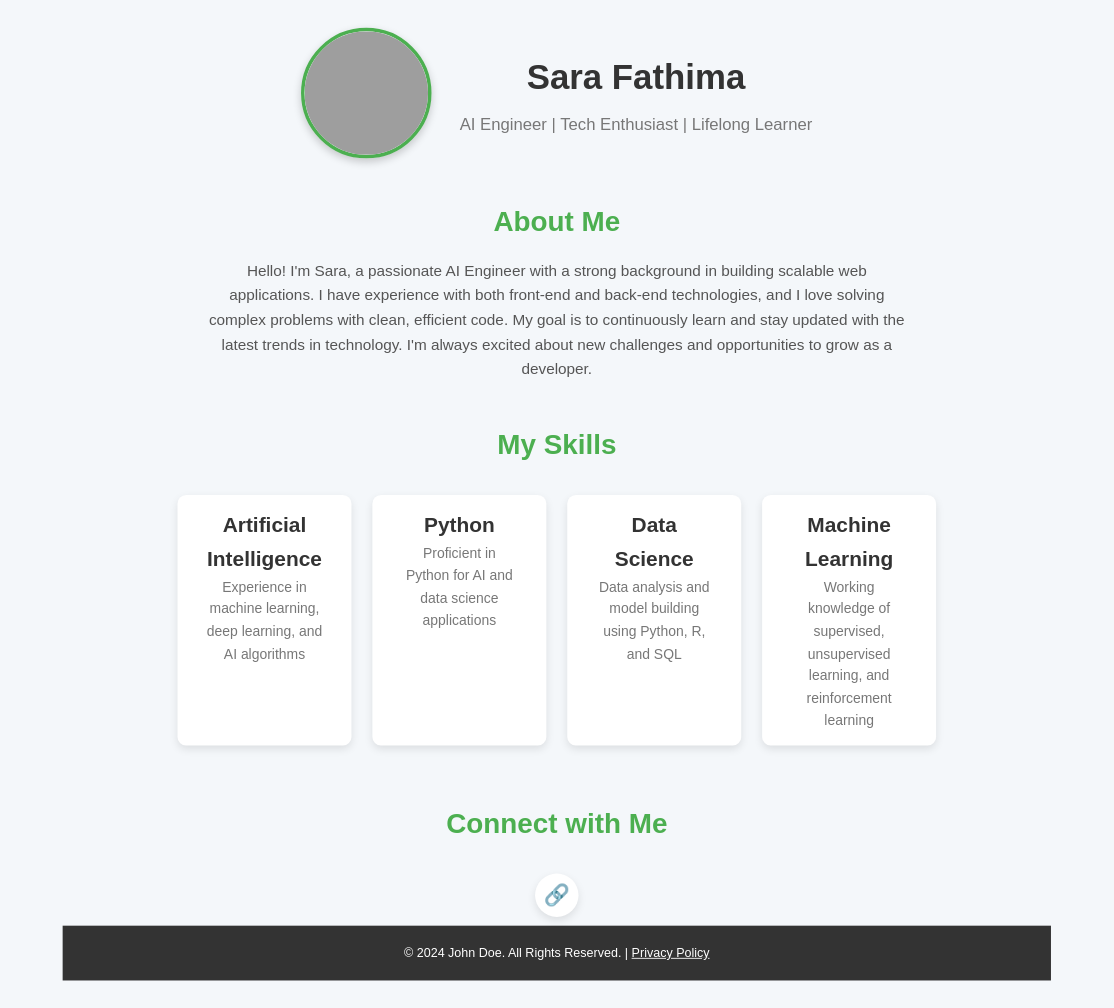
Repository: Syed1818/project
Page: profile.html
These files come from the project's save history. The page is drawn as it stood at one moment and after the next save; the edit follows.
The browser window is 1280 px wide. The pictures show the whole page, at 87% of full size.
Pictures or frames that could not be fetched are drawn as grey boxes.

Above is the page before, as saved 2024-12-02 21:17:26.

### profile.html
<!DOCTYPE html>
<html lang="en">
<head>
    <meta charset="UTF-8">
    <meta name="viewport" content="width=device-width, initial-scale=1.0">
    <title>Your Profile</title>
    <style>
        /* Reset and Basic Styles */
        * {
            margin: 0;
            padding: 0;
            box-sizing: border-box;
        }

        body {
            font-family: 'Arial', sans-serif;
            background-color: #f4f7fa;
            color: #333;
            line-height: 1.6;
        }

        /* Profile Section */
        .profile-container {
            max-width: 1200px;
            margin: 0 auto;
            padding: 2rem;
        }

        .profile-header {
            display: flex;
            justify-content: center;
            align-items: center;
            text-align: center;
            margin-bottom: 3rem;
        }

        .profile-header img {
            width: 150px;
            height: 150px;
            border-radius: 50%;
            border: 4px solid #4CAF50;
            margin-right: 2rem;
            box-shadow: 0 4px 10px rgba(0, 0, 0, 0.2);
        }

        .profile-header h1 {
            font-size: 2.5rem;
            color: #333;
            margin-bottom: 0.5rem;
        }

        .profile-header p {
            font-size: 1.2rem;
            color: #777;
        }

        /* About Section */
        .about-section {
            text-align: center;
            margin-bottom: 3rem;
        }

        .about-section h2 {
            font-size: 2rem;
            color: #4CAF50;
            margin-bottom: 1rem;
        }

        .about-section p {
            font-size: 1.1rem;
            color: #555;
            max-width: 800px;
            margin: 0 auto;
        }

        /* Skills Section */
        .skills-section {
            margin-bottom: 4rem;
        }

        .skills-section h2 {
            font-size: 2rem;
            color: #4CAF50;
            text-align: center;
            margin-bottom: 2rem;
        }

        .skills-list {
            display: flex;
            justify-content: center;
            flex-wrap: wrap;
            gap: 1.5rem;
        }

        .skill {
            background-color: #fff;
            border-radius: 10px;
            padding: 1rem 2rem;
            box-shadow: 0 4px 10px rgba(0, 0, 0, 0.1);
            transition: all 0.3s ease;
            text-align: center;
            width: 200px;
        }

        .skill:hover {
            transform: translateY(-10px);
            box-shadow: 0 8px 15px rgba(0, 0, 0, 0.2);
        }

        .skill h3 {
            font-size: 1.5rem;
            color: #333;
        }

        .skill p {
            font-size: 1rem;
            color: #777;
        }

        /* Social Media Section */
        .social-media {
            text-align: center;
            margin-top: 3rem;
        }

        .social-media h2 {
            font-size: 2rem;
            color: #4CAF50;
            margin-bottom: 2rem;
        }

        .social-media ul {
            list-style: none;
            display: flex;
            justify-content: center;
            gap: 1.5rem;
        }

        .social-media ul li {
            width: 50px;
            height: 50px;
            background-color: #fff;
            border-radius: 50%;
            display: flex;
            justify-content: center;
            align-items: center;
            box-shadow: 0 4px 10px rgba(0, 0, 0, 0.1);
            transition: transform 0.3s ease;
        }

        .social-media ul li:hover {
            transform: translateY(-5px);
        }

        .social-media ul li a {
            color: #333;
            font-size: 1.5rem;
            text-decoration: none;
        }

        .social-media ul li a:hover {
            color: #4CAF50;
        }

        /* Footer */
        footer {
            text-align: center;
            padding: 20px 20px;
            margin-top: 10px;
            background-color: #333;
            color: white;
        }

        footer p {
            font-size: 0.9rem;
        }
    </style>
</head>
<body>

    <div class="profile-container">
        <!-- Profile Header -->
        <div class="profile-header">
            <img src="https://media.licdn.com/dms/image/v2/D4E03AQGuGxKQycFC0g/profile-displayphoto-shrink_400_400/profile-displayphoto-shrink_400_400/0/1713798304352?e=1737590400&v=beta&t=i2s9TJBFsF-2XZcw2WneA0de2JTcgz8lsbHUMZ2WS6g" alt="Profile Picture">
            <div>
                <h1>Sara Fathima</h1>
                <p>AI Engineer | Tech Enthusiast | Lifelong Learner</p>
            </div>
        </div>

        <!-- About Section -->
        <section class="about-section">
            <h2>About Me</h2>
            <p>Hello! I'm Sara, a passionate AI Engineer with a strong background in building scalable web applications. I have experience with both front-end and back-end technologies, and I love solving complex problems with clean, efficient code. My goal is to continuously learn and stay updated with the latest trends in technology. I'm always excited about new challenges and opportunities to grow as a developer.</p>
        </section>

        <!-- Skills Section -->
        <section class="skills-section">
            <h2>My Skills</h2>
            <div class="skills-list">
                <div class="skill">
                    <h3>Artificial Intelligence</h3>
                    <p>Experience in machine learning, deep learning, and AI algorithms</p>
                </div>
                <div class="skill">
                    <h3>Python</h3>
                    <p>Proficient in Python for AI and data science applications</p>
                </div>
                <div class="skill">
                    <h3>Data Science</h3>
                    <p>Data analysis and model building using Python, R, and SQL</p>
                </div>
                <div class="skill">
                    <h3>Machine Learning</h3>
                    <p>Working knowledge of supervised, unsupervised learning, and reinforcement learning</p>
                </div>
            </div>
        </section>

        <!-- Social Media Section -->
        <section class="social-media">
            <h2>Connect with Me</h2>
            <ul>
                <li><a href="https://www.linkedin.com/in/a-sara-fathima-a237592b4?lipi=urn%3Ali%3Apage%3Ad_flagship3_profile_view_base_contact_details%3Bb9Yoh9yESqqOwGi0mVraZw%3D%3D" target="_blank">🔗</a></li>
            </ul>
        </section>

        <!-- Footer -->
        <footer>
            <p>&copy; 2024 John Doe. All Rights Reserved. | <a href="privacy-policy.html" style="color: white;">Privacy Policy</a></p>
        </footer>
    </div>

</body>
</html>

After the next save:
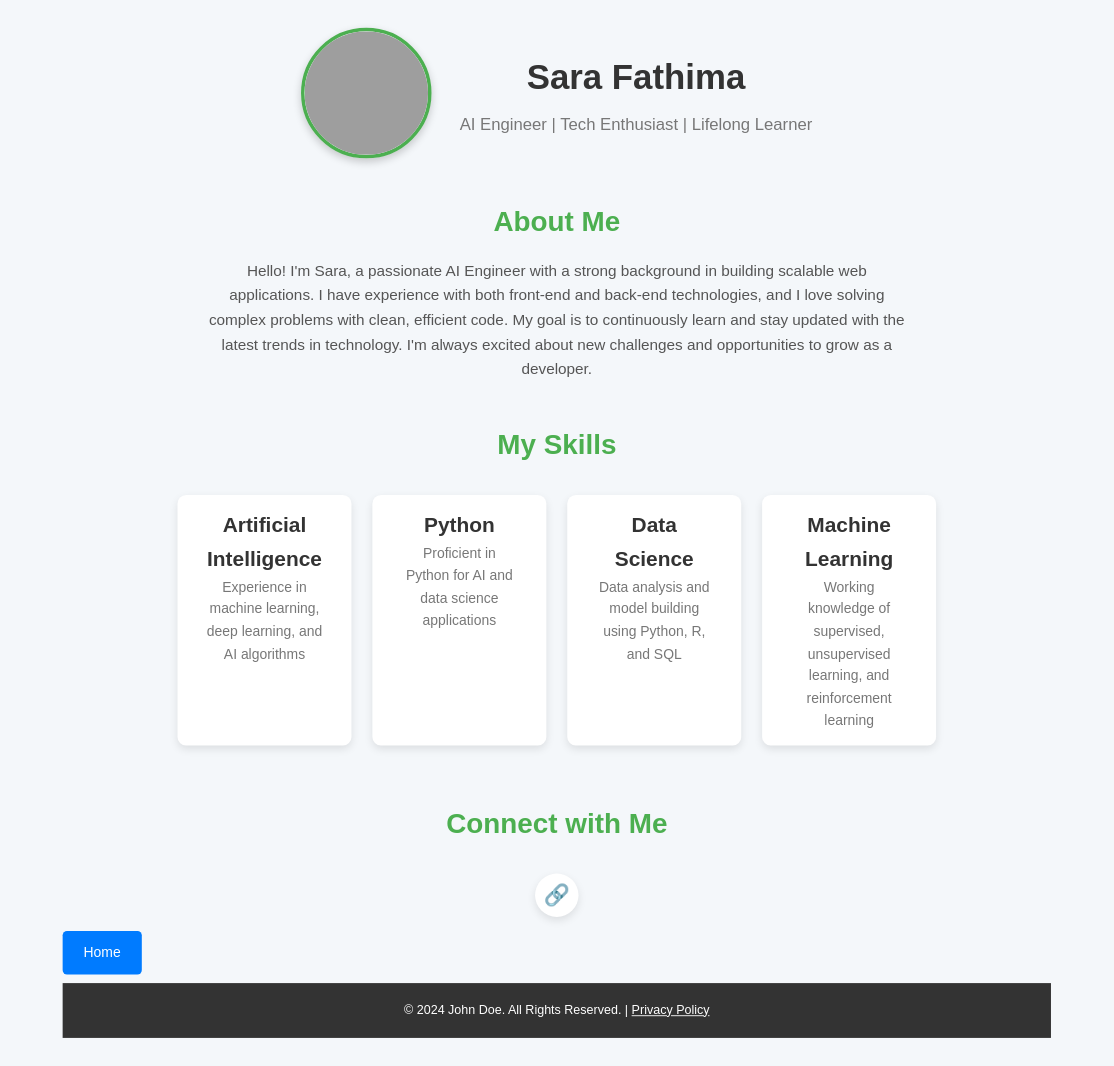
Saved 2 min 2 s later.
--- a/profile.html
+++ b/profile.html
@@ -161,6 +161,22 @@
         .social-media ul li a:hover {
             color: #4CAF50;
         }
+        .home-button {
+            display: inline-block;
+            padding: 0.75rem 1.5rem;
+            font-size: 1rem;
+            color: white;
+            background-color: #007bff;
+            border: none;
+            border-radius: 5px;
+            text-decoration: none;
+            margin-top: 1rem;
+            transition: background-color 0.3s ease;
+        }
+
+        .home-button:hover {
+            background-color: #0056b3;
+        }
 
         /* Footer */
         footer {
@@ -224,7 +240,7 @@
                 <li><a href="https://www.linkedin.com/in/a-sara-fathima-a237592b4?lipi=urn%3Ali%3Apage%3Ad_flagship3_profile_view_base_contact_details%3Bb9Yoh9yESqqOwGi0mVraZw%3D%3D" target="_blank">🔗</a></li>
             </ul>
         </section>
-
+        <a href="index.html" class="home-button">Home</a>
         <!-- Footer -->
         <footer>
             <p>&copy; 2024 John Doe. All Rights Reserved. | <a href="privacy-policy.html" style="color: white;">Privacy Policy</a></p>
